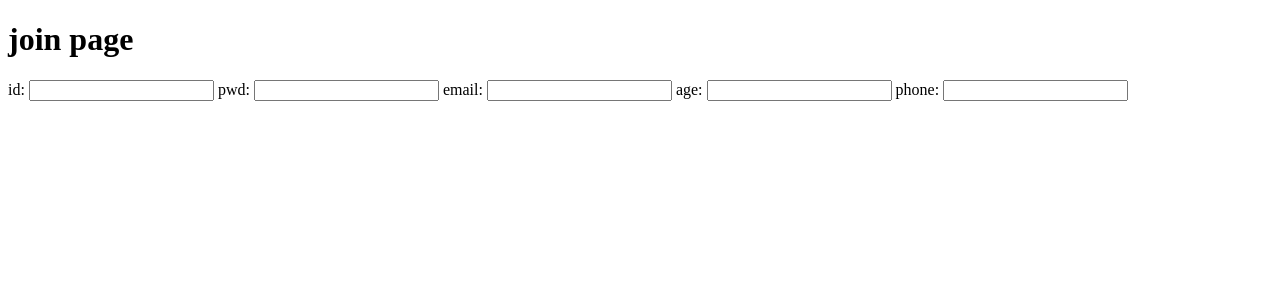
Repository: hwimi/2024-04-12-01
Page: http://localhost/jsp_study/member/join.jsp
These files come from the project's save history. The page is drawn as it stood at one moment and after the next save; the edit follows.
The browser window is 1280 px wide. The pictures show the whole page.
The page is served by Tomcat 9.

Above is the page before, as saved 2024-04-15 01:56:33.

After the next save:
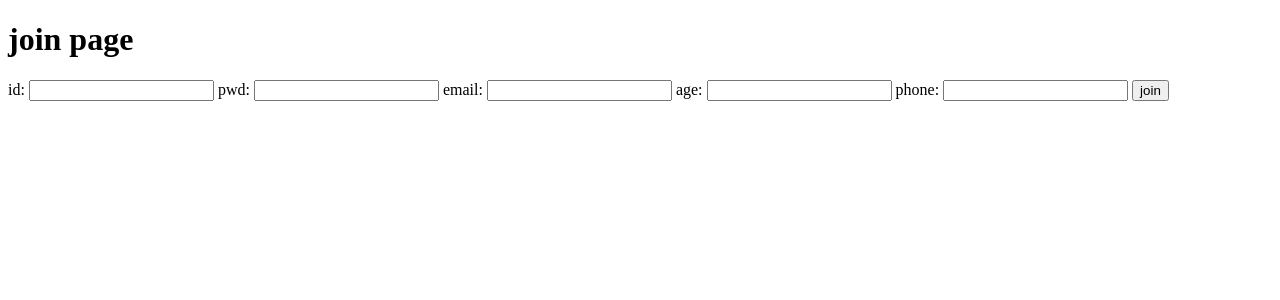
Saved 41 s later.
--- a/jsp_study/src/main/webapp/member/join.jsp
+++ b/jsp_study/src/main/webapp/member/join.jsp
@@ -14,6 +14,7 @@
  email: <input type="text" name="email">
  age: <input type="text" name="age">
  phone: <input type="text" name="phone">
+ <button>join</button>
  </form>
 </body>
 </html>
